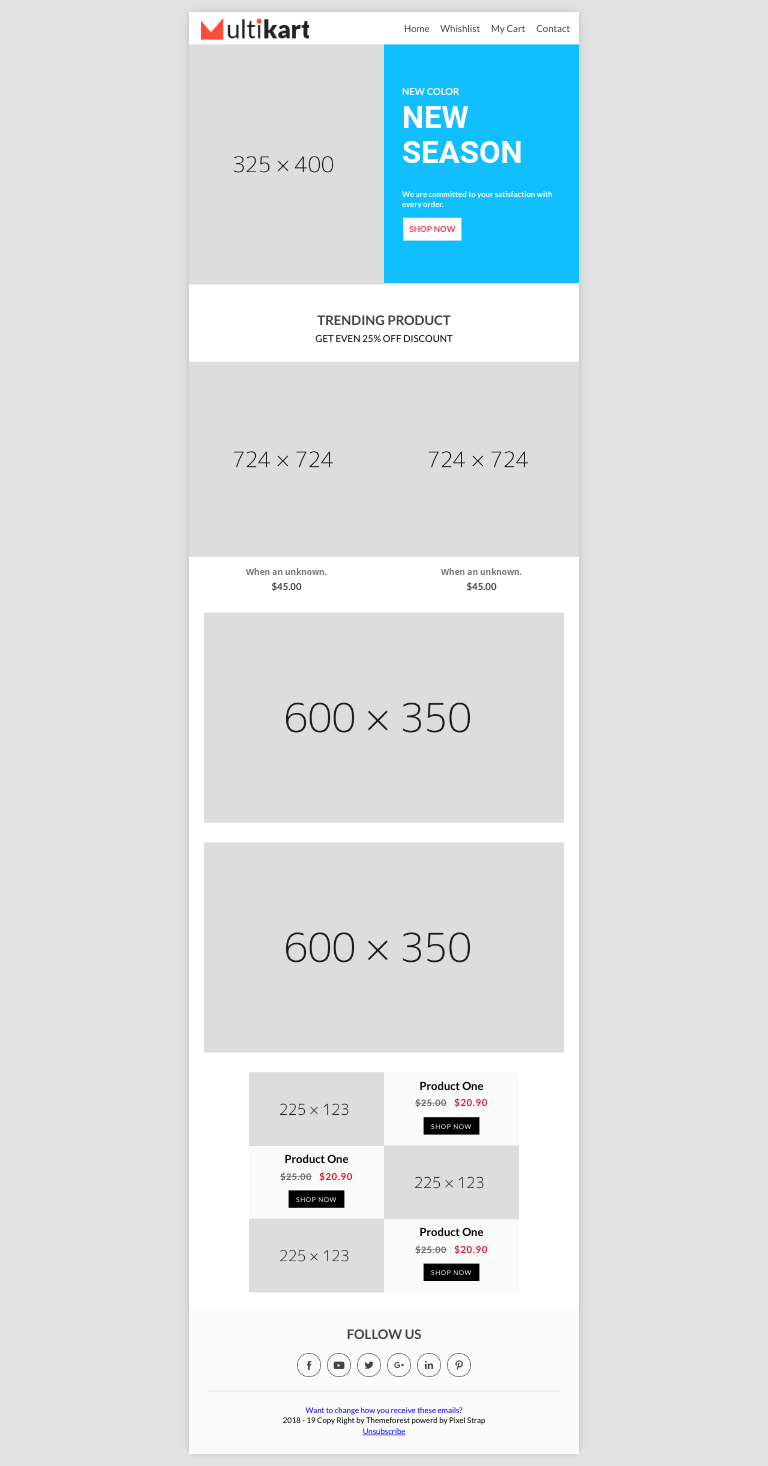
Repository: Idevz-sys/icespice-marketplace-front
Page: email-template/email-template-two.html
These files come from the project's save history. The page is drawn as it stood at one moment and after the next save; the edit follows.
The browser window is 1280 px wide. The pictures show the whole page, at 60% of full size.

Above is the page before, as saved 2022-04-12 17:08:28.

After the next save:
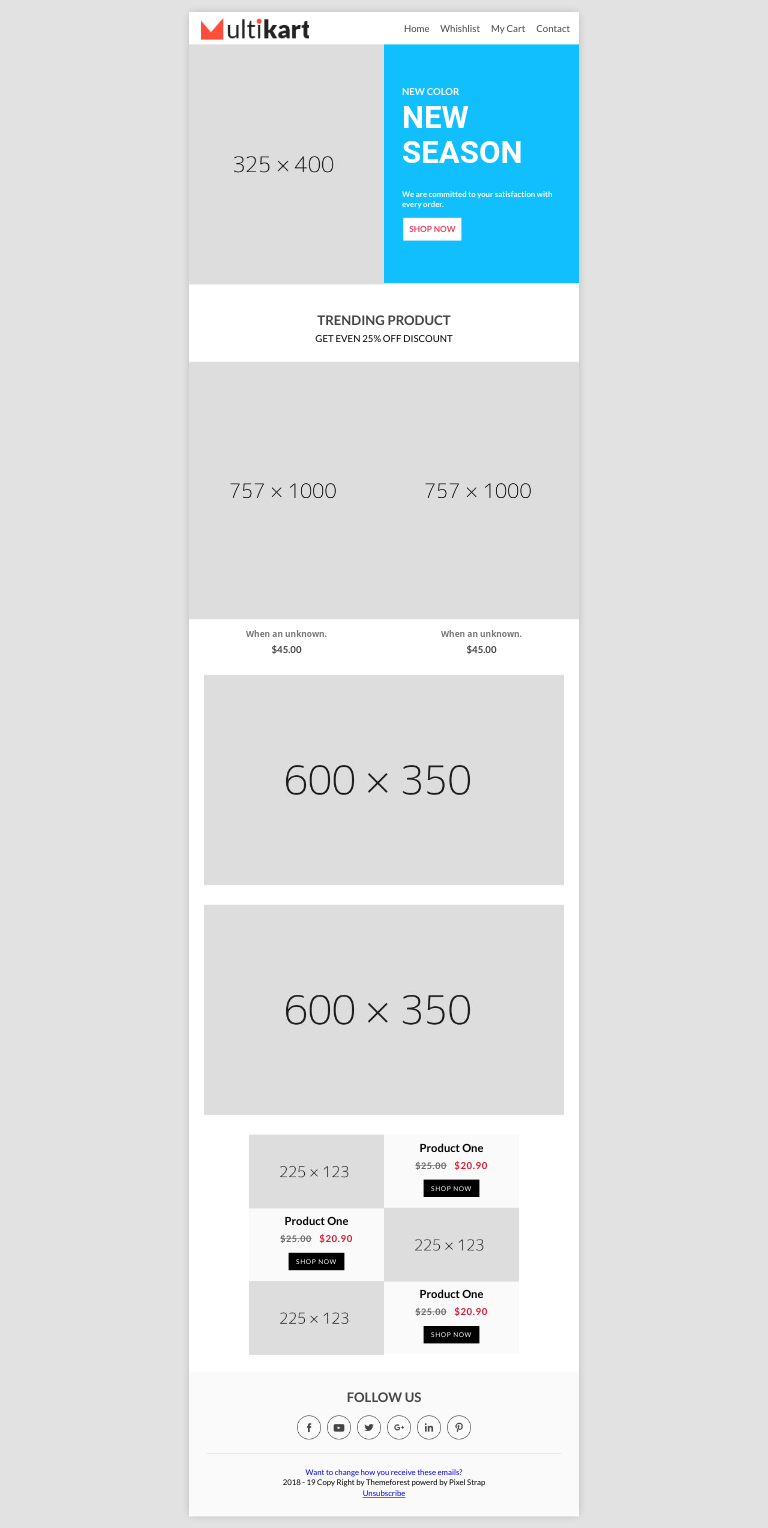
Saved 119 s later.
--- a/email-template/email-template-two.html
+++ b/email-template/email-template-two.html
@@ -181,7 +181,7 @@
             <td>
                 <div class="product-box hover">
                     <div class="product border-theme br-0">
-                        <img src="images/13.jpg" alt="product" style="width: 100%;">
+                        <img src="images/product/8.jpg" alt="product" style="width: 100%;">
                     </div>
                     <div class="product-info">
                         <a href="#" tabindex="0">
@@ -194,7 +194,7 @@
             <td>
                 <div class="product-box hover">
                     <div class="product border-theme br-0">
-                        <img src="images/14.jpg" alt="product" style="width: 100%;">
+                        <img src="images/product/9.jpg" alt="product" style="width: 100%;">
                     </div>
                     <div class="product-info">
                         <div class="rating">
